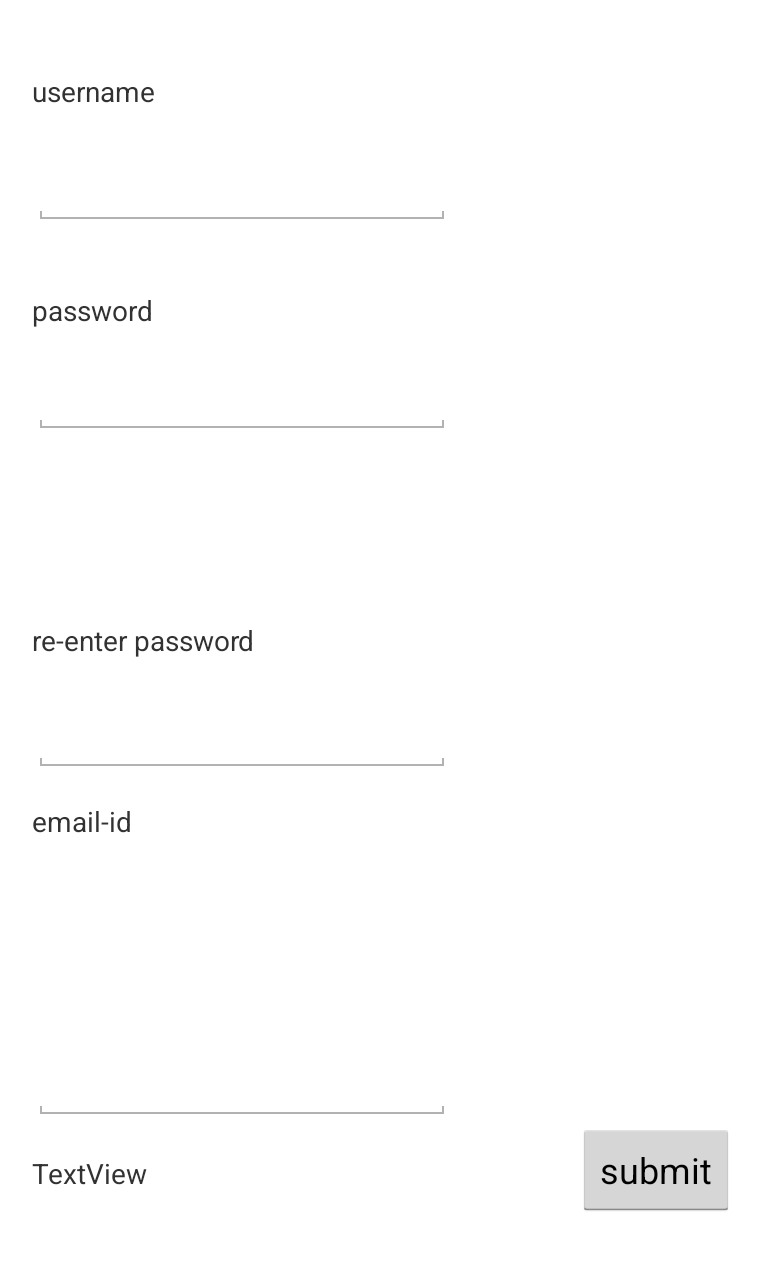
Repository: arjuntheprogrammer/iact
Layout: iact/iact android practice/mywork/login/res/layout/activity_third.xml
The author's editor kept a copy of each file at every save. The layout is drawn from the files as they stood at one save, then again after the next save.
It is drawn on a 768 x 1280 px phone screen (xhdpi) without system bars, with theme AppTheme; the app's code is not run.

Above is the layout before, as saved 2016-01-04 13:05:37.

### iact/iact android practice/mywork/login/res/layout/activity_third.xml
<RelativeLayout xmlns:android="http://schemas.android.com/apk/res/android"
    xmlns:tools="http://schemas.android.com/tools"
    android:layout_width="match_parent"
    android:layout_height="match_parent"
    android:paddingBottom="@dimen/activity_vertical_margin"
    android:paddingLeft="@dimen/activity_horizontal_margin"
    android:paddingRight="@dimen/activity_horizontal_margin"
    android:paddingTop="@dimen/activity_vertical_margin"
    tools:context=".ThirdActivity" >

    <TextView
        android:id="@+id/textView5"
        android:layout_width="wrap_content"
        android:layout_height="wrap_content"
        android:layout_alignBaseline="@+id/button1"
        android:layout_alignBottom="@+id/button1"
        android:layout_alignLeft="@+id/textView4"
        android:text="TextView" />

    <TextView
        android:id="@+id/textView1"
        android:layout_width="wrap_content"
        android:layout_height="wrap_content"
        android:layout_alignParentLeft="true"
        android:layout_alignParentTop="true"
        android:layout_marginTop="20dp"
        android:text="username" />

    <TextView
        android:id="@+id/textView2"
        android:layout_width="wrap_content"
        android:layout_height="wrap_content"
        android:layout_alignLeft="@+id/textView1"
        android:layout_below="@+id/editText1"
        android:layout_marginTop="32dp"
        android:text="password" />

    <EditText
        android:id="@+id/editText1"
        android:layout_width="wrap_content"
        android:layout_height="wrap_content"
        android:layout_alignLeft="@+id/textView1"
        android:layout_below="@+id/textView1"
        android:layout_marginTop="19dp"
        android:ems="10" />

    <Button
        android:id="@+id/button1"
        android:layout_width="wrap_content"
        android:layout_height="wrap_content"
        android:layout_alignParentBottom="true"
        android:layout_alignParentRight="true"
        android:layout_marginBottom="15dp"
        android:text="submit" />

    <EditText
        android:id="@+id/editText2"
        android:layout_width="wrap_content"
        android:layout_height="wrap_content"
        android:layout_alignLeft="@+id/textView2"
        android:layout_below="@+id/textView2"
        android:layout_marginTop="14dp"
        android:ems="10"
        android:inputType="textPassword" />

    <TextView
        android:id="@+id/textView3"
        android:layout_width="wrap_content"
        android:layout_height="wrap_content"
        android:layout_alignLeft="@+id/editText2"
        android:layout_centerVertical="true"
        android:text="re-enter password" />

    <TextView
        android:id="@+id/textView4"
        android:layout_width="wrap_content"
        android:layout_height="wrap_content"
        android:layout_alignLeft="@+id/editText3"
        android:layout_below="@+id/editText3"
        android:layout_marginTop="14dp"
        android:text="email-id" />

    <EditText
        android:id="@+id/editText3"
        android:layout_width="wrap_content"
        android:layout_height="wrap_content"
        android:layout_alignLeft="@+id/textView3"
        android:layout_below="@+id/textView3"
        android:layout_marginTop="18dp"
        android:ems="10"
        android:inputType="textPassword" />

    <EditText
        android:id="@+id/editText4"
        android:layout_width="wrap_content"
        android:layout_height="wrap_content"
        android:layout_above="@+id/button1"
        android:layout_alignLeft="@+id/textView4"
        android:ems="10"
        android:inputType="textEmailAddress" />

</RelativeLayout>

Loaded but not shown: iact/iact android practice/mywork/login/res/values/styles.xml (common file); iact/iact android practice/mywork/login/res/values-v11/styles.xml (common file); iact/iact android practice/mywork/login/res/values-v14/styles.xml (common file); iact/iact android practice/mywork/login/res/values/dimens.xml (common file)

After the next save:
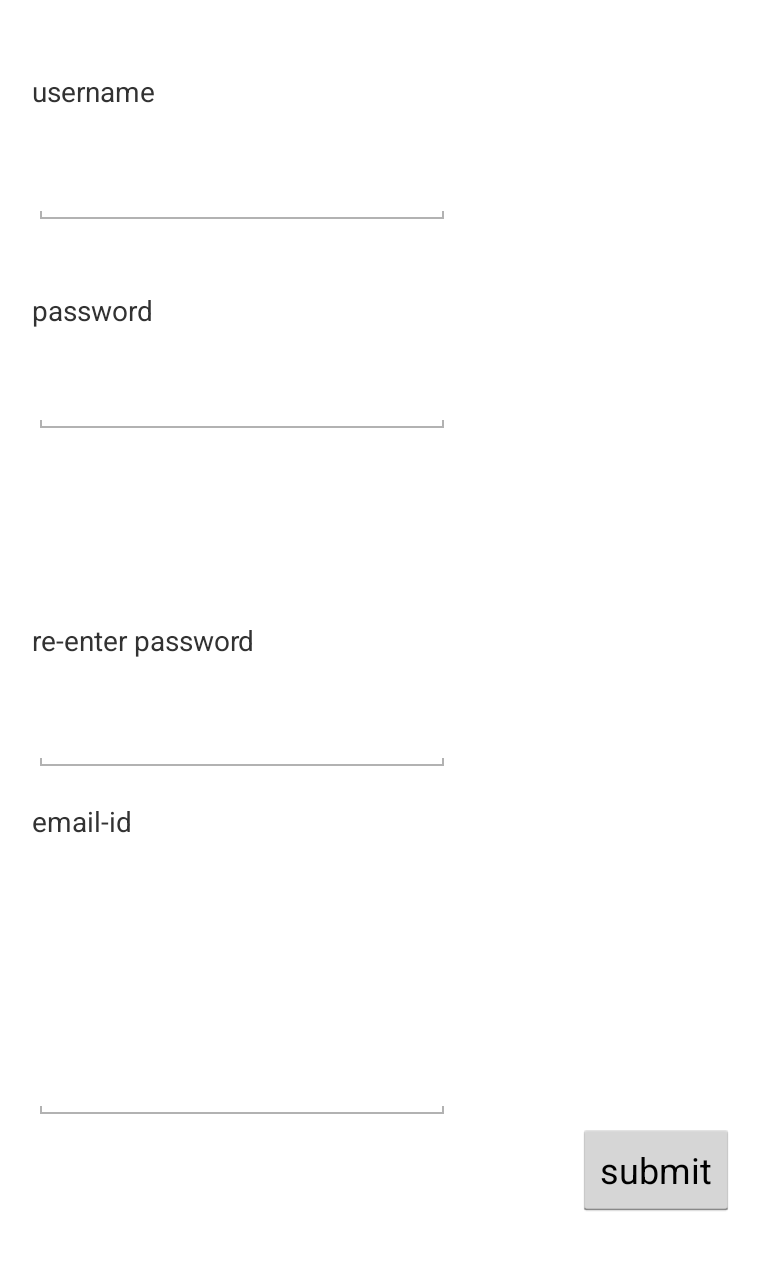
Saved 13 s later.
--- a/iact/iact android practice/mywork/login/res/layout/activity_third.xml
+++ b/iact/iact android practice/mywork/login/res/layout/activity_third.xml
@@ -15,7 +15,7 @@
         android:layout_alignBaseline="@+id/button1"
         android:layout_alignBottom="@+id/button1"
         android:layout_alignLeft="@+id/textView4"
-        android:text="TextView" />
+        android:text="" />
 
     <TextView
         android:id="@+id/textView1"
